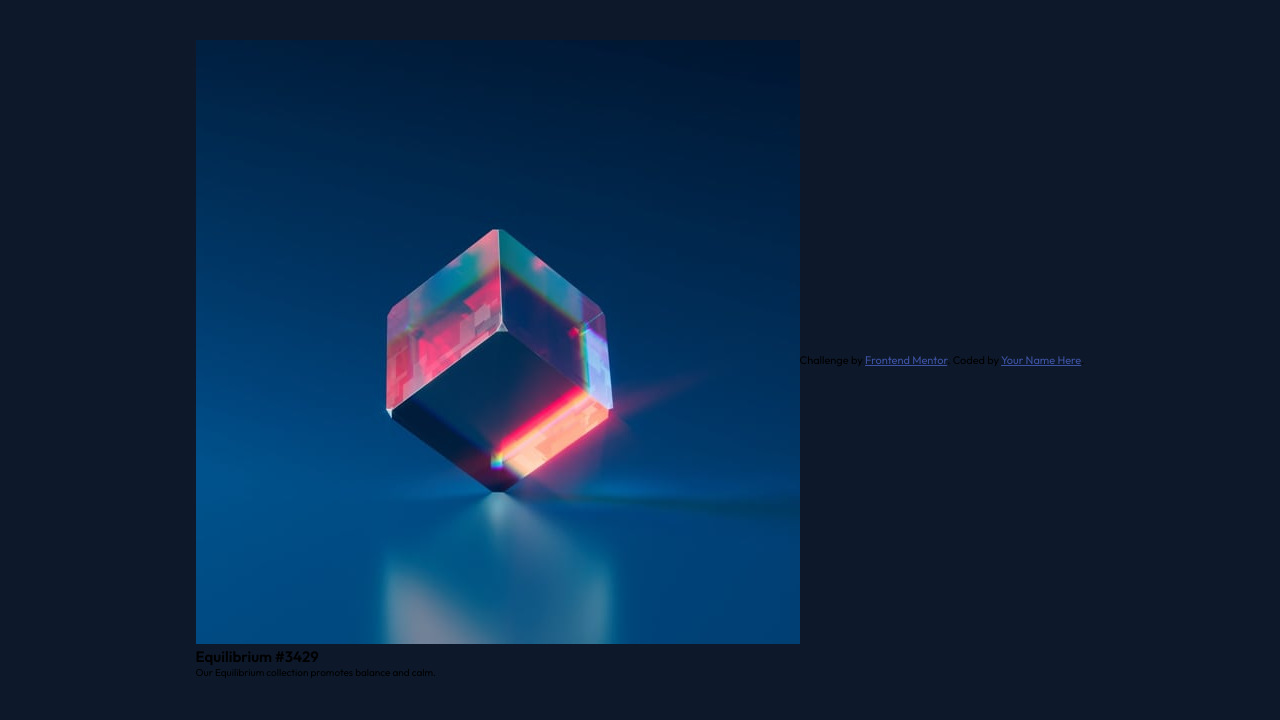
Repository: thaibaocoder1/nft-preview-card-component
Page: index.html
The author's editor kept a copy of each file at every save. The page is drawn from the files as they stood at one save, then again after a run of saves.
The browser window is 1280 px wide. The pictures show the whole page.

Above is the page before, as saved 2023-01-06 18:23:09.

After the next 4 saves:
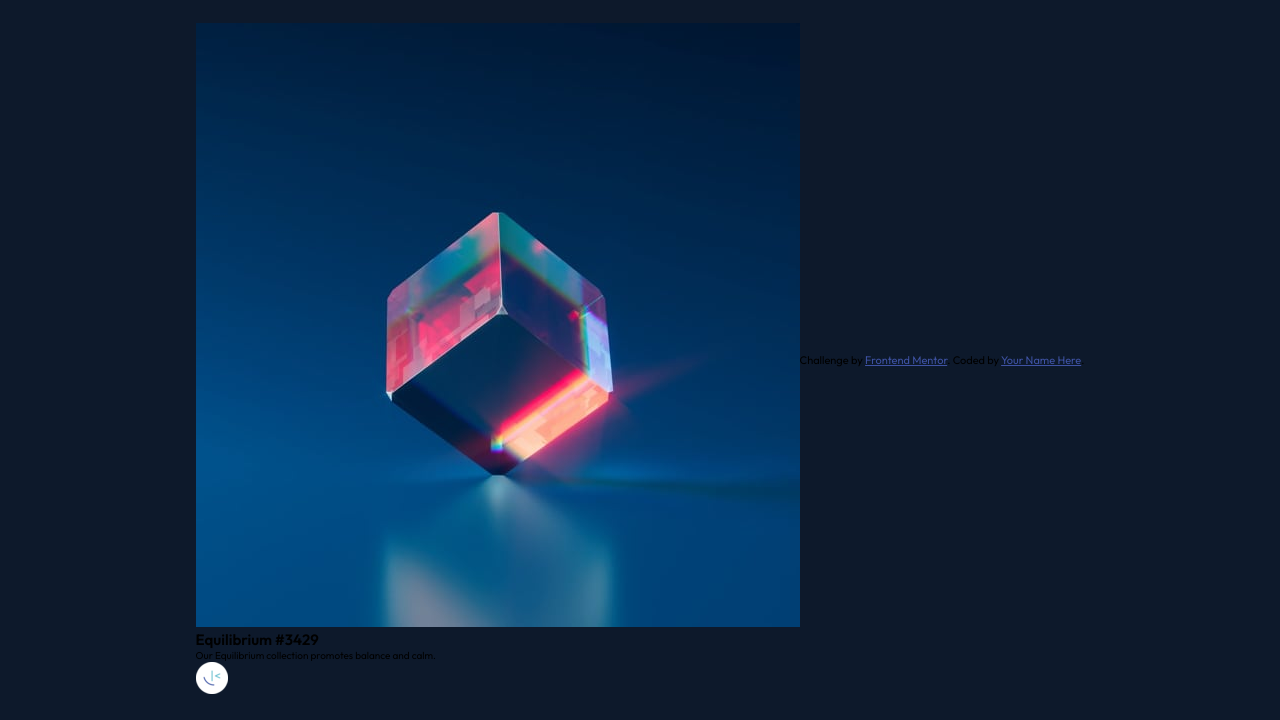
The 4 saves are shown as one change because they came seconds apart.
The last was saved 10 s later.
--- a/index.html
+++ b/index.html
@@ -19,7 +19,7 @@
       <p class="container-descs">Our Equilibrium collection promotes balance and calm.</p>
     </div>
     <div class="container-content--date">
-      <span></span>
+      <img src="./images/favicon-32x32.png" alt="">
     </div>
   </main>
 
